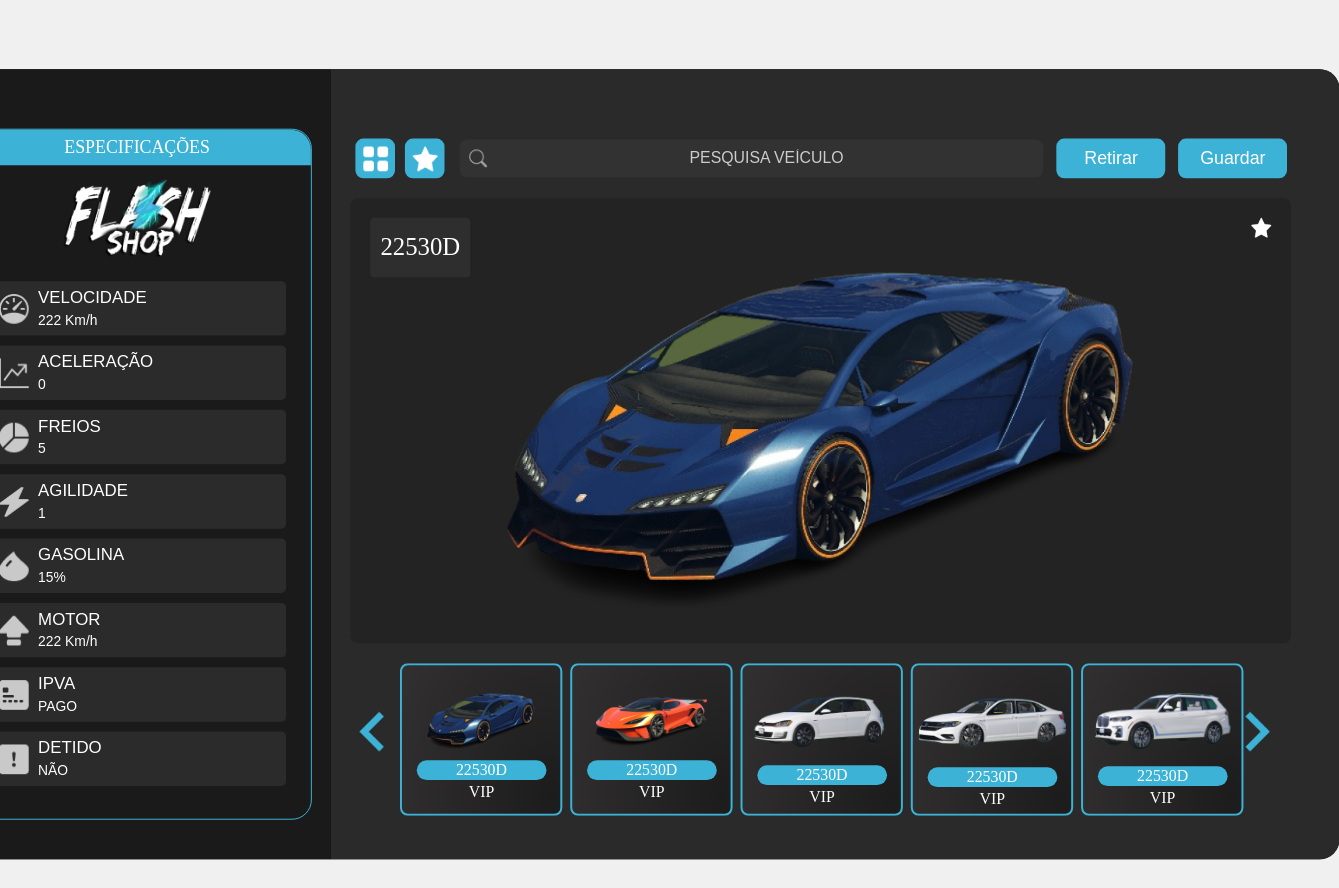
Repository: DuMCorrea/Garagem
Page: index.html
An editor plug-in stored every save of this project. The page is shown before and after a run of saves, followed by the edit.
The browser window is 1280 px wide. The page is 1353 px wide, so the pictures cover 1353 px, including what lies to the right of the window. The pictures show the whole page, at 99% of full size.
Some web fonts or font styles are not loaded; a fallback is used.

Above is the page before, as saved 2024-08-22 20:12:47.

After the next 3 saves:
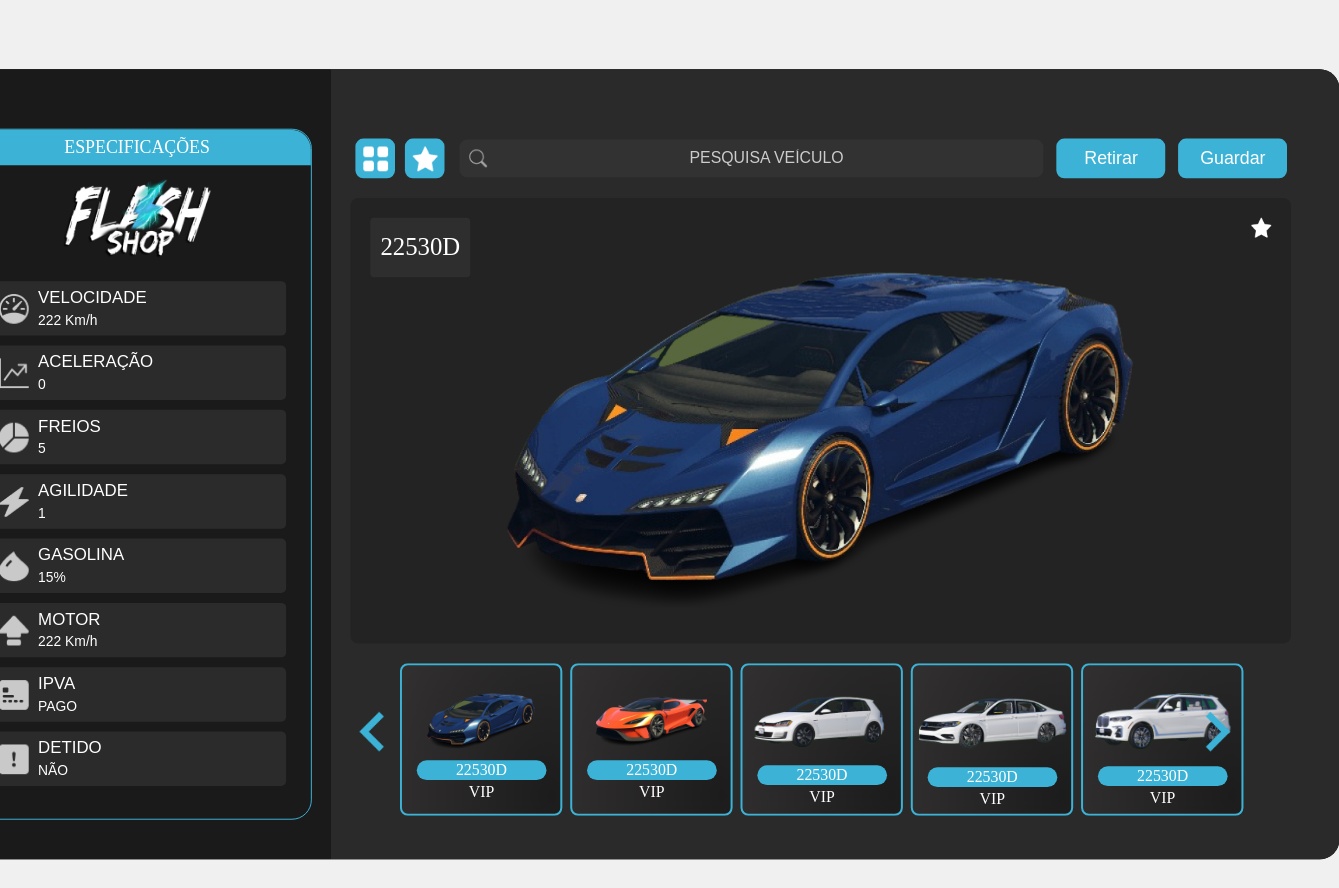
The 3 saves are shown as one change because they came seconds apart.
The last was saved 13 s later.
--- a/styles.css
+++ b/styles.css
@@ -406,6 +406,6 @@
 
 .imagem-lateral-direita {
     right: 0; /* Posiciona a imagem à direita dos cards */
-    margin-right:70px; /* Ajusta a distância da imagem em relação ao contêiner */
+    margin-right: 110px; /* Ajusta a distância da imagem em relação ao contêiner */
     margin-top: 270px;
 }
